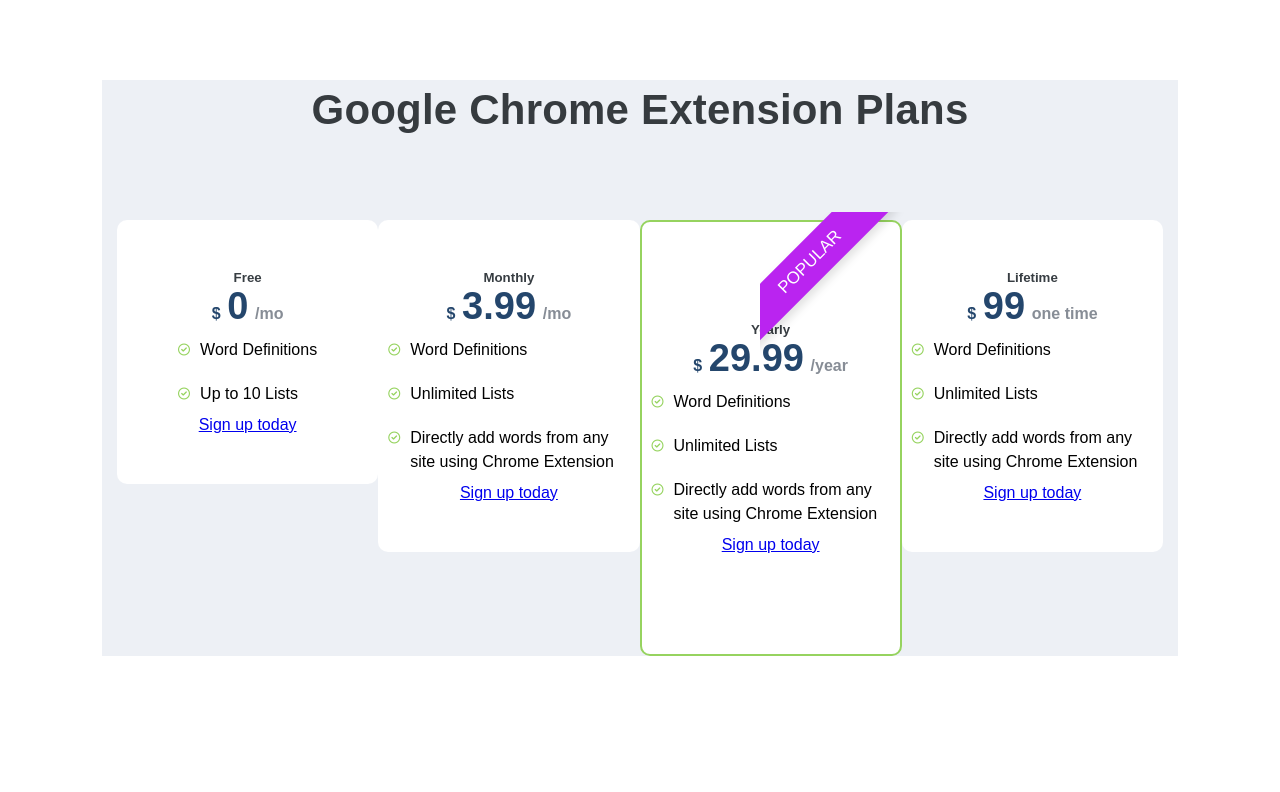
Repository: Novoselets28/chatos-test-task
Page: index.html
The author's editor kept a copy of each file at every save. The page is drawn from the files as they stood at one save, then again after the next save.
The browser window is 1280 px wide. The pictures show the whole page.

Above is the page before, as saved 2023-04-19 20:08:23.

### index.html
<!DOCTYPE html>
<html lang="en">
<head>
    <meta charset="UTF-8">
    <meta http-equiv="X-UA-Compatible" content="IE=edge">
    <meta name="viewport" content="width=device-width, initial-scale=1.0">
    <link rel="stylesheet" type="text/css" href="index.css" />
    <link rel="stylesheet" href="https://cdnjs.cloudflare.com/ajax/libs/font-awesome/6.0.0/css/all.min.css">
    <link rel="preconnect" href="https://fonts.googleapis.com">
    <link rel="preconnect" href="https://fonts.gstatic.com" crossorigin>
    <link href="https://fonts.googleapis.com/css2?family=Arimo:wght@400;700&family=Rubik&display=swap" rel="stylesheet">
    <title>Document</title>
</head>
<body>
    <div class="page__extension extension">
        <div class="extension__container _container">
            <div class="extension__header header-block">
                <h2 class="header-block__title">Google Chrome Extension Plans</h2>
            </div>
            <div class="extension__items">
                <!-- Modern pricing table - Free -->
                <div class="extension__item item-extension">
                        <h5 class="item-extension__title">Free</h5>
                        <div class="item-extension__price price-item">
                            <span class="price-item__dollar">$</span>
                            <span class="price-item__number">0</span>
                            <span class="price-item__label">/mo</span>
                        </div>
                        <div class="item-extension__points">
                            <ul class="item-extension__point point-list">
                                <li class="point-list__item">
                                    <i class="icon fa-regular fa-circle-check" style="color: #96d35f;"></i>
                                        Word Definitions
                                </li>
                                <li class="point-list__item">
                                    <i class="icon fa-regular fa-circle-check" style="color: #96d35f;"></i>
                                        Up to 10 Lists
                                </li>
                            </ul>
                        </div>
                        <a href="https://boostvocab.com/register" class="item-extension__button">Sign up today</a>
                </div>
                <!-- END : Modern pricing table - Free -->
                <!-- Modern pricing table - MOnthly -->
                <div class="extension__item item-extension">
                        <h5 class="item-extension__title">Monthly</h5>
                        <div class="item-extension__price price-item">
                            <span class="price-item__dollar">$</span>
                            <span class="price-item__number">3.99</span>
                            <span class="price-item__label">/mo</span>
                        </div>
                        <div class="item-extension__points">
                            <ul class="item-extension__point point-list">
                                <li class="point-list__item">
                                    <i class="icon fa-regular fa-circle-check" style="color: #96d35f;"></i>
                                        Word Definitions
                                </li>
                                <li class="point-list__item">
                                    <i class="icon fa-regular fa-circle-check" style="color: #96d35f;"></i>
                                        Unlimited Lists
                                </li>
                                <li class="point-list__item">
                                    <i class="icon fa-regular fa-circle-check" style="color: #96d35f;"></i>
                                        Directly add words from any site using Chrome Extension
                                </li>
                            </ul>
                        </div>
                        <a target="new" href="https://buy.stripe.com/5kAdRpbLh3k71RS6oo" class="item-extension__button">Sign up today</a>
                </div>
                <!-- END : Modern pricing table - Monthly -->
                <!-- Modern pricing table - Yearly -->
                <div class="extension__item item-extension item-extension_active" style="z-index: 2;">
                        <div class="ribbon"><span>POPULAR</span></div>
                        <div class="extension__item item-extension">
                            <h5 class="item-extension__title">Yearly</h5>
                            <div class="item-extension__price price-item">
                                <span class="price-item__dollar">$</span>
                                <span class="price-item__number">29.99</span>
                                <span class="price-item__label">/year</span>
                            </div>
                            <div class="item-extension__points">
                               <ul class="item-extension__point point-list">
                                    <li class="point-list__item">
                                        <i class="icon fa-regular fa-circle-check" style="color: #96d35f;"></i>
                                            Word Definitions
                                    </li>
                                    <li class="point-list__item">
                                        <i class="icon fa-regular fa-circle-check" style="color: #96d35f;"></i>
                                            Unlimited Lists
                                    </li>
                                    <li class="point-list__item">
                                        <i class="icon fa-regular fa-circle-check" style="color: #96d35f;"></i>
                                            Directly add words from any site using Chrome Extension
                                    </li>
                                </ul>
                            </div>
                            <a target="new" href="https://buy.stripe.com/aEU6oX3eL6wjdAA7st" class="item-extension__button">Sign up today</a>
                        </div>
                </div>
                <!-- END : Modern pricing table - Yearly -->
                <!-- Modern pricing table - Lifetime -->
                <div class="extension__item item-extension">
                        <h5 class="item-extension__title">Lifetime</h5>
                        <div class="item-extension__price price-item">
                            <span class="price-item__dollar">$</span>
                            <span class="price-item__number">99</span>
                            <span class="price-item__label">one time</span>
                        </div>
                        <div class="item-extension__points">
                            <ul class="item-extension__point point-list">
                                <li class="point-list__item">
                                    <i class="icon fa-regular fa-circle-check" style="color: #96d35f;"></i>
                                        Word Definitions
                                </li>
                                <li class="point-list__item">
                                    <i class="icon fa-regular fa-circle-check" style="color: #96d35f;"></i>
                                        Unlimited Lists
                                </li>
                                <li class="point-list__item">
                                    <i class="icon fa-regular fa-circle-check" style="color: #96d35f;"></i>
                                        Directly add words from any site using Chrome Extension
                                </li>
                            </ul>
                        </div>
                        <a target="new" href="https://buy.stripe.com/4gwfZxbLh8Er54428a" class="item-extension__button">Sign up today</a>
                    <!-- END : Modern pricing table - Lifetime -->

                </div>
            </div>
        </div>
    </div>
</body>
</html>

### index.css
*{
    margin: 0;
    padding: 0;
    box-sizing: border-box;
}

.page__extension {

}

.extension{
    padding: 80px 0px 136px 0px;
}

.extension__container{
    background-color: #edf0f5;
}

._container{
    max-width: 1046px;
    padding: 0 15px;
    margin: 0 auto;
    box-sizing: content-box;
    font-family: 'Arimo', sans-serif;
}

.extension__header{
    margin: 0 0 80px 0;
}

.header-block{
    text-align: center;
}

.header-block__title{
    font-size: 42px;
    letter-spacing: 0.2px;
    font-weight: 700;
    line-height: 142%;
    color: #363b3f;
}

.extension__items{
    display: flex;
    align-items: flex-start;
    font-family: inherit;
}

.extension__item{
    flex: 0 1 33.333%;
}

.item-extension{
    display: flex;
    flex-direction: column;
    justify-content: center;
    align-items: center;
    background-color: #fff;
    padding: 50px 0;
    border-radius: 10px;
}

.item-extension_active{
    border: 2px solid #96d35f;
    left: 0px;
    position: relative;
    top: 0px;
}

.ribbon {
    width: 150px;
    height: 150px;
    position: absolute;
    top: -10px;
    right: -10px;
    overflow: hidden;
}

.ribbon span {
    position: absolute;
  top:30px;
  right: 0;
  transform: rotate(-45deg);
  width: 200px;
  background: #ba24f0;
  padding: 10px 0;
  color: #fff;
  text-align: center;
  font-size: 17px;
  box-shadow: 0 5px 10px rgba(0,0,0,0.12);
}

.item-extension__title{
    color: #373d42;
}

.item-extension__price{
    color: #24466c;
}

.price-item{
    margin: 0;
    font-size: 24px;
    font-family: 'Poppins', sans-serif;
    font-weight: bold;
}

.price-item__dollar{
    font-size: 16px;
}

.price-item__number{
    text-transform: uppercase;
    font-size: 38px;
}

.price-item__label{
    color: #878d96;
    font-size: 16px;
}

.item-extension__points{
    display: flex;
    flex-direction: column;
    justify-content: center;
    align-items: center;
    margin: 0 10px;
}

.item-extension__point{
    color: inherit;
    font-weight: 400;
    line-height: 150%;
    font-size: 16px;
    display: flex;
    flex-direction: column;
    justify-content: space-around;
    align-items: center;
}

.point-list{

}

.point-list__item .icon{
    content: "f058";
    font-family: "Font Awesome 6 Free";
    font-size: 12px;
    line-height: 2;
    padding: 0 10px 0 0;
}

.point-list__item{
    list-style-type: none;
    display: flex;
    justify-content: flex-start;
    width: 100%;
    padding: 10px 0;
}

.point-list__icon{

}

.item-extension__button{

}

After the next save:
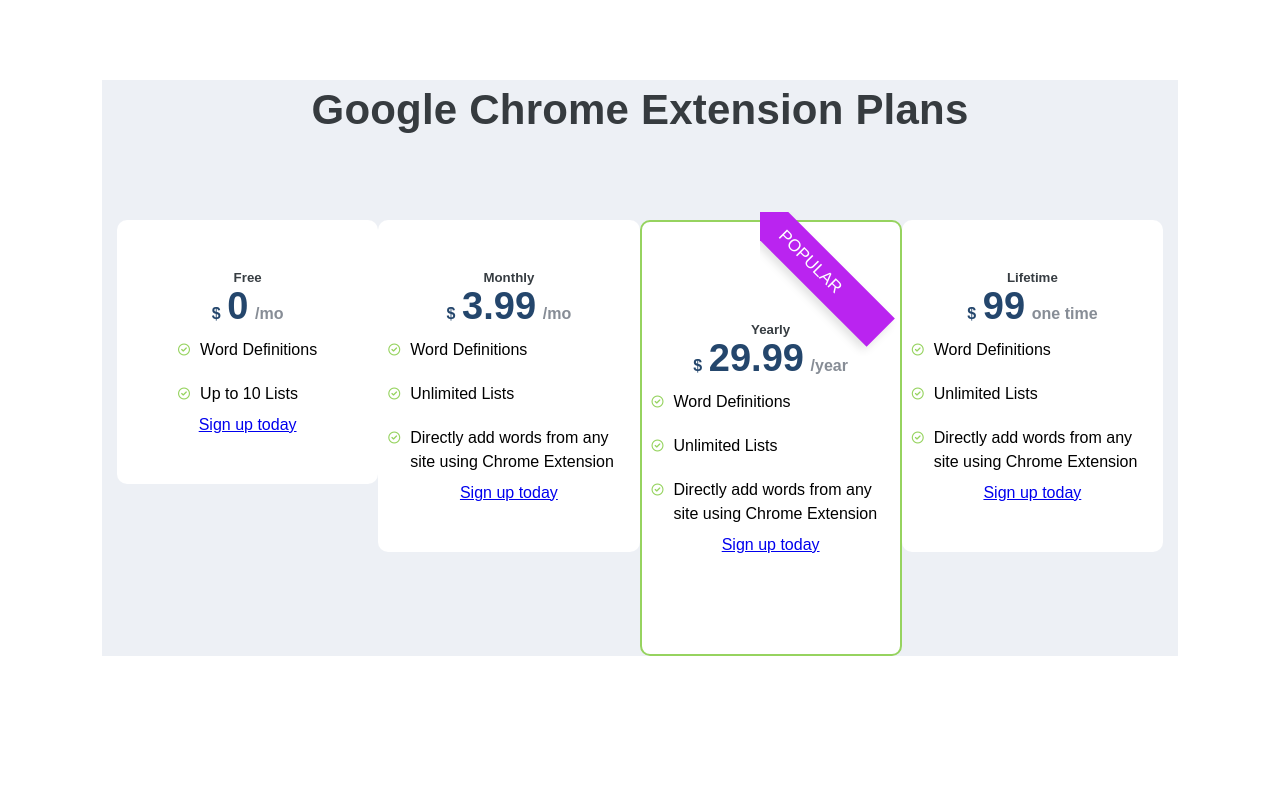
Saved 11 s later.
--- a/index.css
+++ b/index.css
@@ -80,7 +80,7 @@
     position: absolute;
   top:30px;
   right: 0;
-  transform: rotate(-45deg);
+  transform: rotate(45deg);
   width: 200px;
   background: #ba24f0;
   padding: 10px 0;
